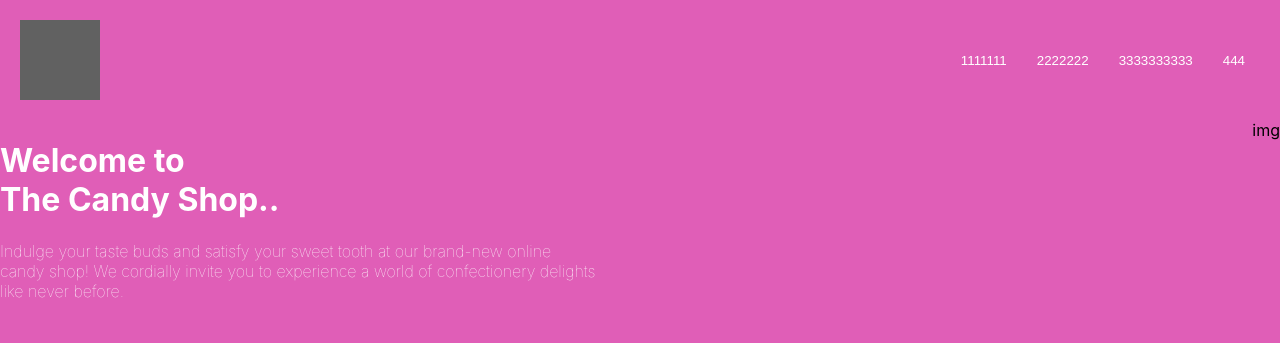
Repository: nika-otter/CandyShop
Page: /
These files come from the project's save history. The page is drawn as it stood at one moment and after the next save; the edit follows.
The browser window is 1280 px wide. The pictures show the whole page.
Pictures or frames that could not be fetched are drawn as grey boxes. An inner scrolling area shows only its first screen. The project was rebuilt for these pictures with package versions that can differ from the ones it lists, and the page was loaded fresh each time.

Above is the page before, as saved 2023-06-10 16:56:49.

After the next save:
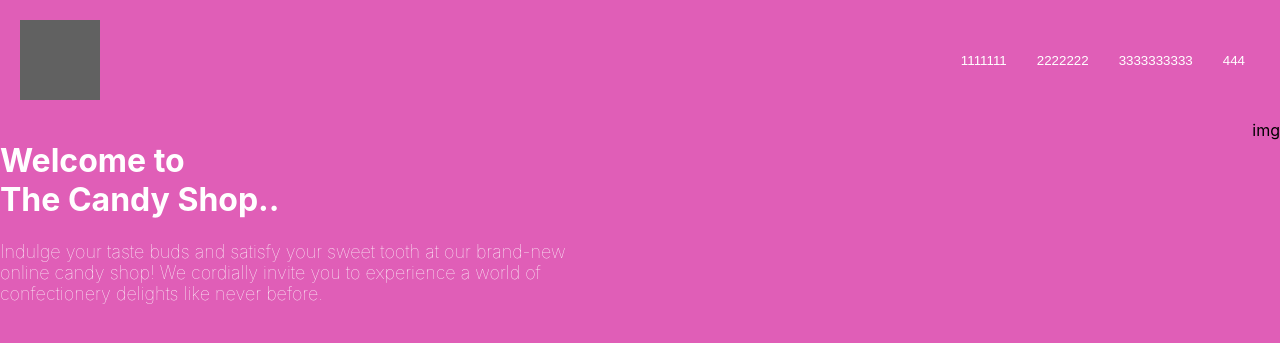
Saved 7 s later.
--- a/src/components/Cupcake.module.scss
+++ b/src/components/Cupcake.module.scss
@@ -18,7 +18,7 @@
 .cupcake__subtitle {
   color: white;
   font-weight: 100;
-  font-size: medium;
+  font-size: large;
   text-align: start;
 }
 .cupcake {
